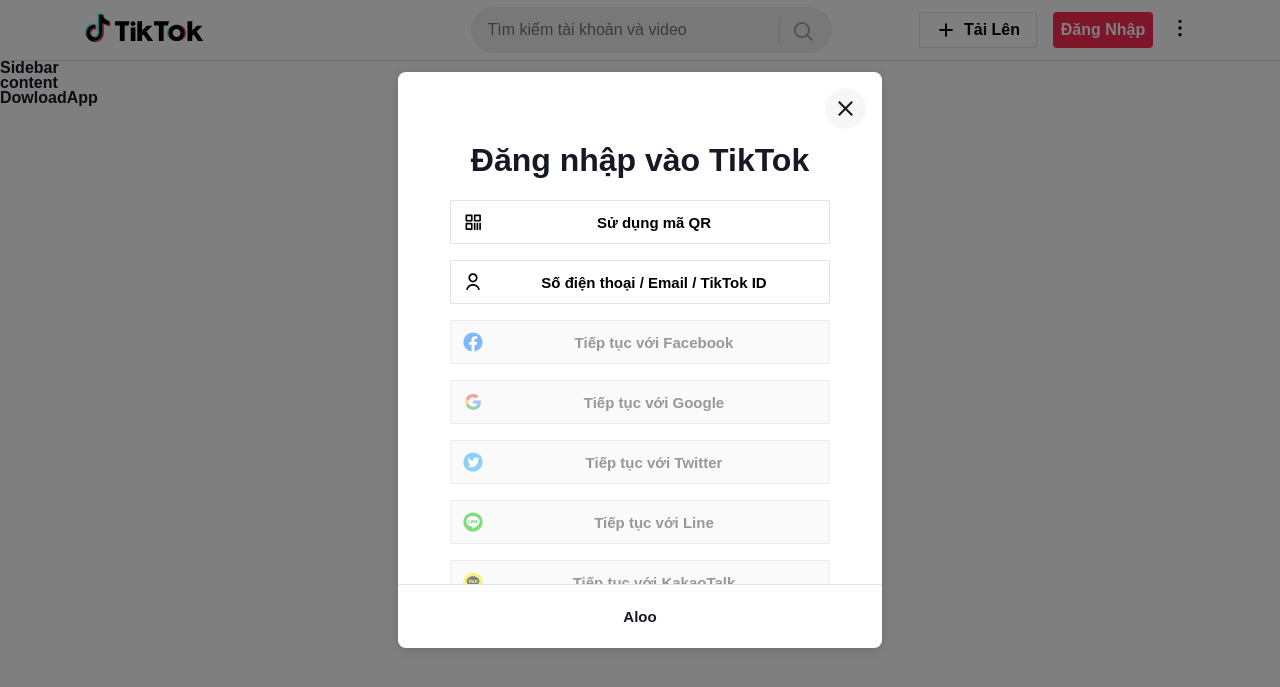
Repository: DinhCuongYP/tiktokclone
Page: /, after clicking the first element matching `button.Button_f8f29_btn`
An editor plug-in stored every save of this project. The page is shown before and after the next save, followed by the edit.
The browser window is 1280 px wide. The pictures show the whole page.
The page's requests for data from a server got no answer. An inner scrolling area shows only its first screen. Some web fonts or font styles are not loaded; a fallback is used. The project was rebuilt for these pictures with package versions that can differ from the ones it lists, and the page was loaded fresh each time. No one was signed in, and anything a server would have sent is missing. Also part of the build but not shown: src/components/Image/Image.module.scss, src/assets/image/index.js, src/components/Image/Image.js, src/components/Image/index.js, src/components/ShowTick/ShowTick.module.scss, src/components/ShowTick/ShowTick.js, src/components/ShowTick/index.js, src/components/Items/SearchAccountItem/SearchAccountItem.module.scss and 15 more. Imported but missing from the stored project, and not drawn on this page: src/layouts/HeaderOnly.

Above is the page before, as saved 2023-03-17 20:48:04.

After the next save:
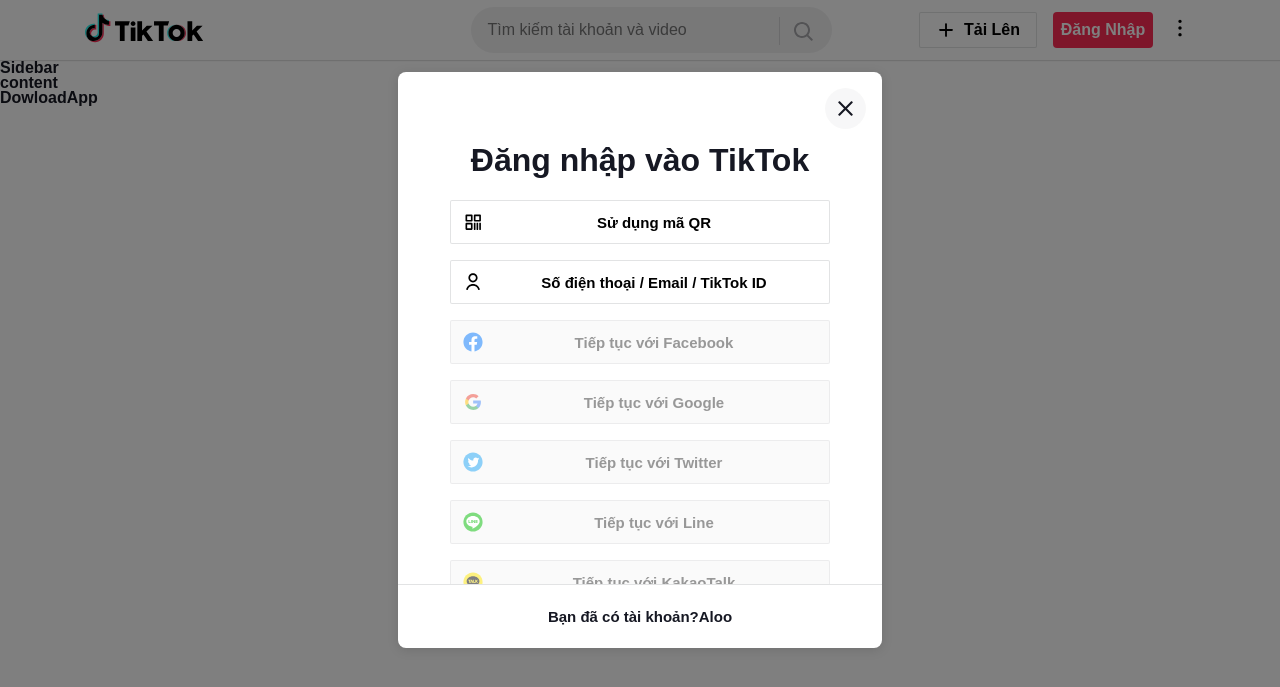
Saved 56 s later.
--- a/src/components/Modal/LoginModal/LoginModal.js
+++ b/src/components/Modal/LoginModal/LoginModal.js
@@ -75,6 +75,7 @@
             </section>
 
             <footer className={cx('footer')}>
+                {registering ? 'Bạn không có tài khoản?' : 'Bạn đã có tài khoản?'}
                 <span onClick={handleGoToRegister}>Aloo</span>
             </footer>
         </ModalWrapper>
